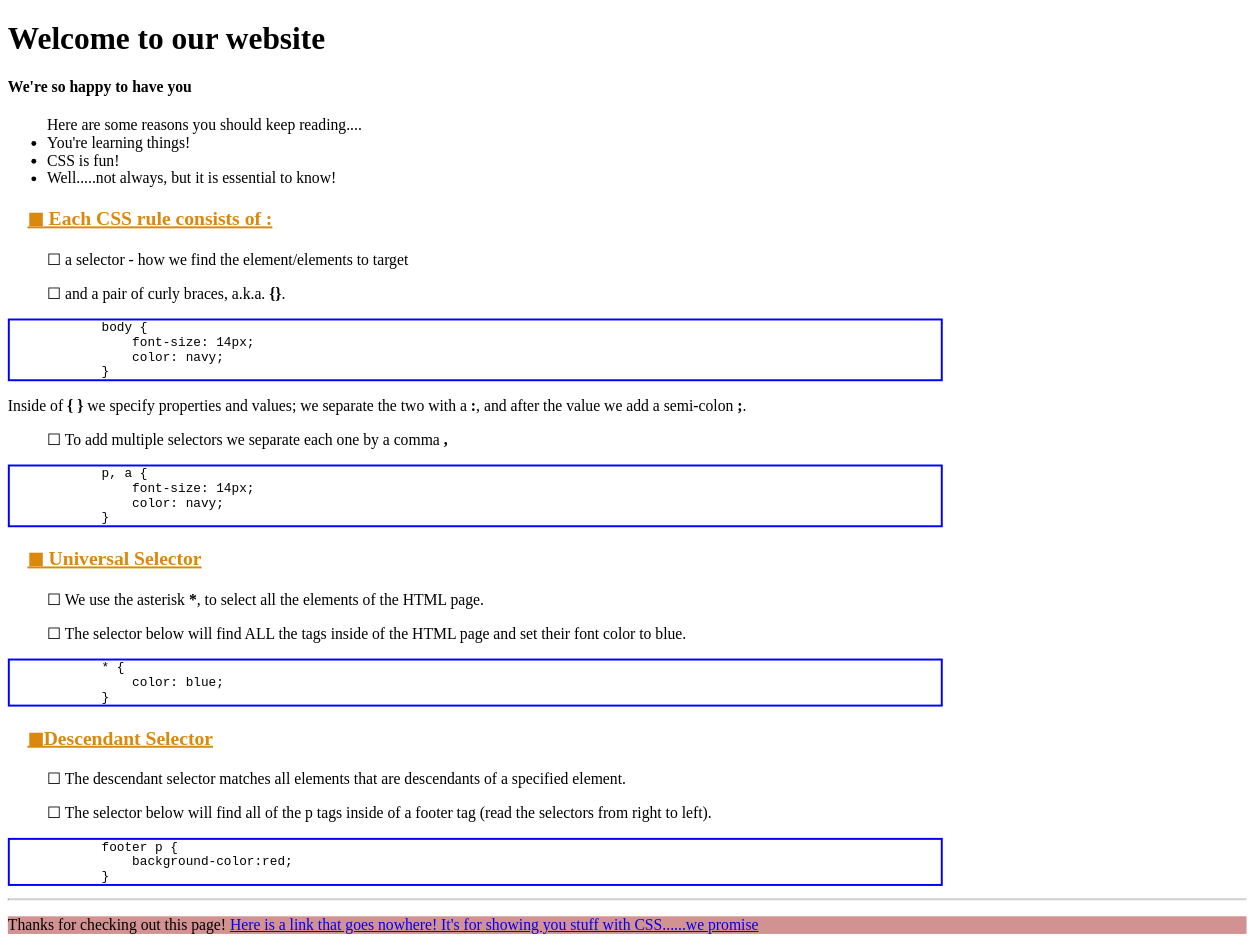
Repository: AnnaSpirit/Tests__
Page: CSS/Useful_Selectors.html
These files come from the project's save history. The page is drawn as it stood at one moment and after a run of saves; the edit follows.
The browser window is 1280 px wide. The pictures show the whole page, at 98% of full size.

Above is the page before, as saved 2024-04-01 17:35:00.

### CSS/Useful_Selectors.html
<!DOCTYPE html>
<html lang="en">
<head>
    <meta charset="UTF-8">
    <meta name="viewport" content="width=device-width, initial-scale=1.0">
    <title>Useful Selectors</title>
    <link rel="stylesheet" href="style_Selectors.css">
</head>
<body>
    <header>
        <h1>Welcome to our website</h1>
        <h4>We're so happy to have you</h4>
    </header>
    <section>
        <ul> Here are some reasons you should keep reading....
            <li>You're learning things!</li>
            <li>CSS is fun!</li>
            <li>Well.....not always, but it is essential to know!</li>
        </ul>
    </section>
    <section>
        <h3 style="padding-left: 20px;"> &#9724; Each CSS rule consists of :</h3>
            <p style="padding-left: 40px;"> &#9744; a selector - how we find the element/elements to target</p>
            <p style="padding-left: 40px;"> &#9744; and a pair of curly braces, a.k.a. <b>{}</b>.</p>
    <span >
        <pre style="border: 2px solid blue; margin-right: 310px">
            body {
                font-size: 14px;
                color: navy;
            }</pre></span>
    <p>Inside of <b>{ }</b> we specify properties and values; we separate the two with a <b>:</b>, and after the value we add a semi-colon <b>;</b>.</p>
            <p style="padding-left: 40px;"> &#9744; To add multiple selectors we separate each one by a comma <b>,</b></p>
    <span>
        <pre style="border: 2px solid blue; margin-right: 310px">
            p, a {
                font-size: 14px;
                color: navy;
            }</pre>
        </span>
        <h3 style="padding-left: 20px;"> &#9724; Universal Selector</h3>
        <p style="padding-left: 40px;">&#9744; We use the asterisk <b>*</b>, to select all the elements of the HTML page.</p>
        <p style="padding-left: 40px;">&#9744; The selector below will find ALL the tags inside of the HTML page and set their font color to blue.</p>
    <span>
        <pre style="border: 2px solid blue; margin-right: 310px">
            * {
                color: blue;
            }</pre>
    </span>
    <h3 style="padding-left: 20px;"> &#9724;Descendant Selector</h3>
    <p style="padding-left: 40px;">&#9744; The descendant selector matches all elements that are descendants of a specified element.</p>
    <p style="padding-left: 40px;">&#9744; The selector below will find all of the p tags inside of a footer tag (read the selectors from right to left).</p>
    <span>
        <pre style="border: 2px solid blue; margin-right: 310px">
            footer p {
                background-color:red;
            }</pre>
    </span>
    </section>
    <hr>
    <footer>

        <p>
            Thanks for checking out this page!
            <a href="#">Here is a link that goes nowhere! It's for showing you stuff with CSS......we promise</a>
        </p>
    </footer>
</body>
</html>

### CSS/style_Selectors.css
/* Universal Selector */
/* * {
    color: brown;
} */
footer p {
    background-color: rgb(211, 146, 146);
}
h3{
    color: rgb(218, 137, 14);
    font-family: font-family: "Lucida Console", Monaco, monospace;
    font-size: 20px;
    color: #DA890E;
    text-decoration: underline rgb(218, 137, 14);
}

After the next 3 saves:
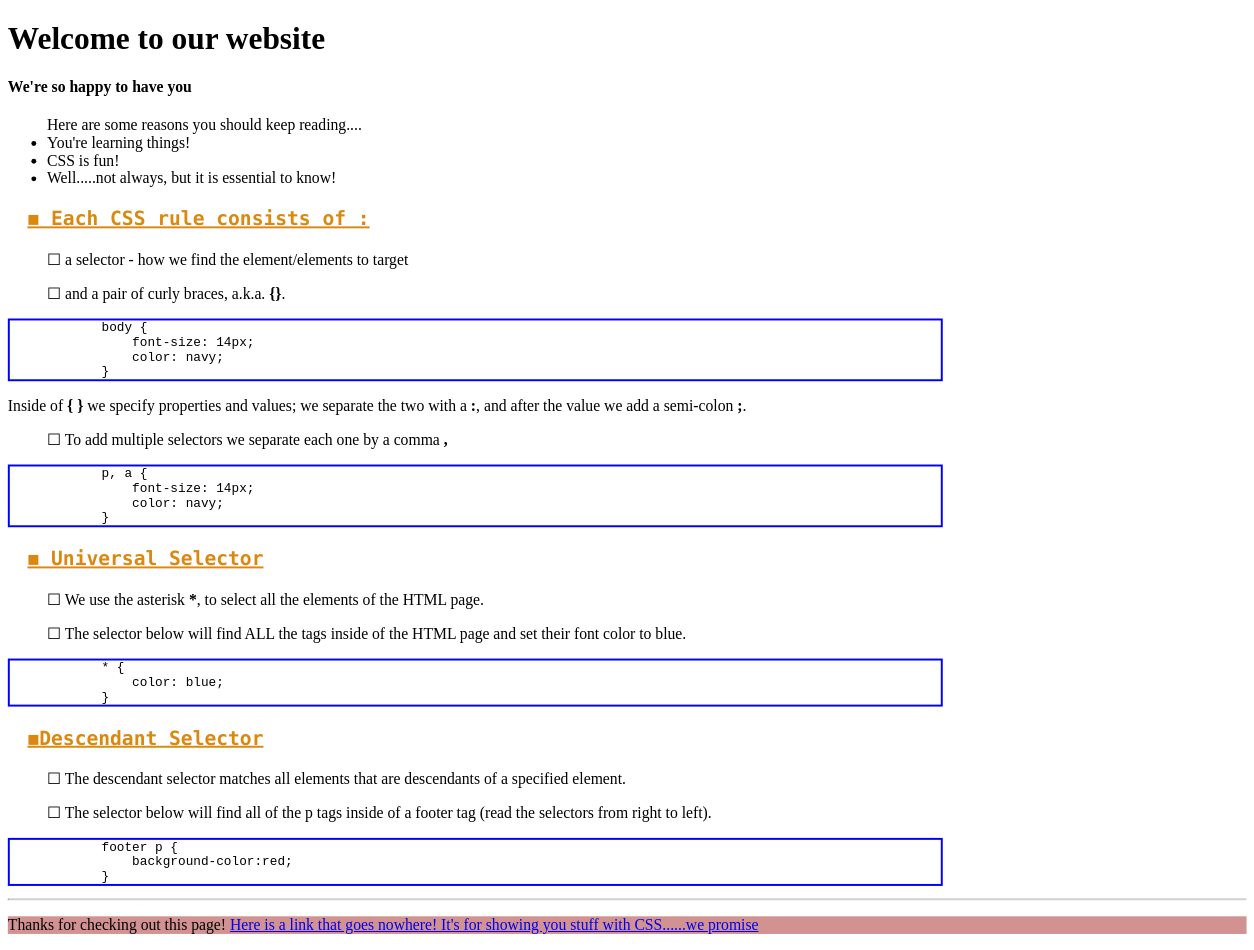
The 3 saves are shown as one change because they came seconds apart.
The last was saved 12 s later.
--- a/CSS/style_Selectors.css
+++ b/CSS/style_Selectors.css
@@ -7,7 +7,7 @@ footer p {
 }
 h3{
     color: rgb(218, 137, 14);
-    font-family: font-family: "Lucida Console", Monaco, monospace;
+    font-family: "Lucida Console", Monaco, monospace;
     font-size: 20px;
     color: #DA890E;
     text-decoration: underline rgb(218, 137, 14);
